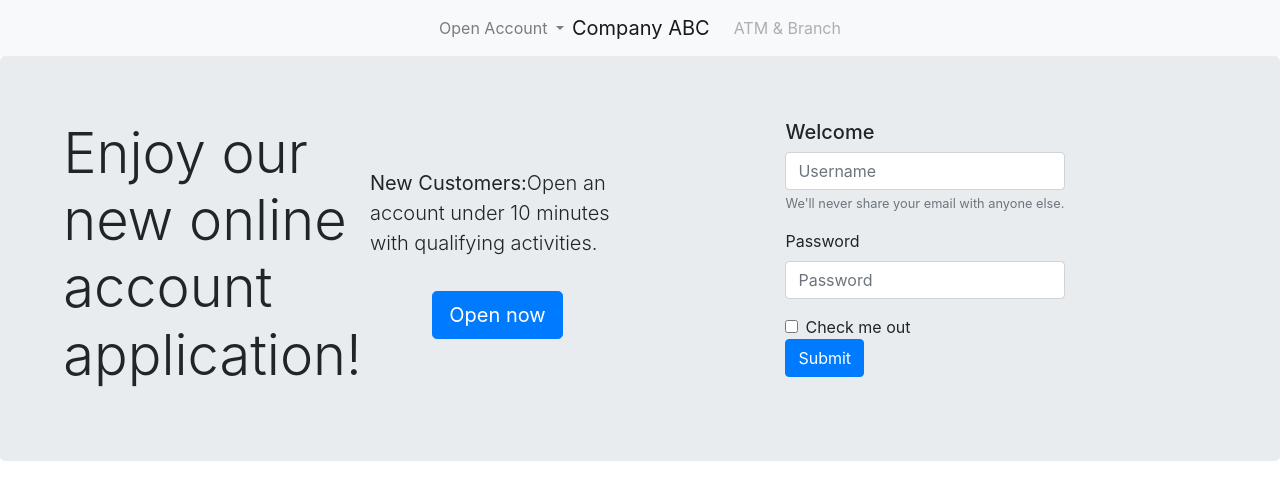
Repository: barriosan95/banking-opening-account-demo
Page: http://localhost/
The author's editor kept a record of every edit. The page is drawn from the files as they stood at one moment, then again after the next edit.
The browser window is 1280 px wide. The pictures show the whole page.
Some web fonts or font styles are not loaded; a fallback is used. Some web libraries are served in a nearby version. The page is served by the project's Node server (index.js).

Above is the page before.

### views/main.ejs
<% include ./partials/header %>

<div class="jumbotron">
    <div class = "container">
        <div class ="row">
            <div class ="col-md-3 d-flex flex-column align-items-center">
                <h4 class="display-4">Enjoy our new online account application!</h4>
            </div>
            <div class ="col-md-3 d-flex flex-column align-items-center">
                  <p class="lead mt-5"><b>New Customers:</b>Open an account under 10 minutes with qualifying activities.</p>
                    <hr class="my-2">
                    <p class="lead">
                        <a class="btn btn-primary btn-lg" href="#" role="button">Open now</a>
                    </p>
            </div>
            <div class ="col-md-6 d-flex flex-column align-items-center">
                <!--<div class ="container">-->
                    <form>
                      <div class="form-group">
                        <h5>Welcome</h5>
                        <input type="username" class="form-control" id="inputUsername" aria-describedby="usernameHelp" placeholder="Username">
                        <small id="emailHelp" class="form-text text-muted">We'll never share your email with anyone else.</small>
                      </div>
                      <div class="form-group">
                        <label for="exampleInputPassword1">Password</label>
                        <input type="password" class="form-control" id="exampleInputPassword1" placeholder="Password">
                      </div>
                      <div class="form-check">
                        <input type="checkbox" class="form-check-input" id="exampleCheck1">
                        <label class="form-check-label" for="exampleCheck1">Check me out</label>
                      </div>
                      <button type="submit" class="btn btn-primary">Submit</button>
                    </form>
                <!--</div>-->
            </div>
        </div>
    </div>
</div>


<% include ./partials/footer %>

### views/partials/header.ejs
<!DOCTYPE HTML!>
<html>

    <head>


        <!--CDN Bootstrap v4.1.3-->
        <link rel="stylesheet" href="https://stackpath.bootstrapcdn.com/bootstrap/4.1.3/css/bootstrap.min.css">
        <link rel="stylesheet" href="https://cdnjs.cloudflare.com/ajax/libs/font-awesome/4.7.0/css/font-awesome.min.css">

        <!--font -->
        <link href="https://fonts.googleapis.com/css?family=Muli:200,300,400,700,800" rel="stylesheet">

        <!--Will ensure proper responsivness on mobile devices-->
        <meta name="viewport" content="width=device-width, initial-scale=1, shrink-to-fit=no">

        <title> Banking OA Demo </title>

        <meta name="viewport" content="width=device-width, initial-scale=1, maximum-scale=1, user-scalable=no">

    </head>

    <body>

    <!--NAVBAR-->
        <nav class="navbar navbar-expand-lg navbar-light bg-light">
            <button class="navbar-toggler" type="button" data-toggle="collapse" data-target="#navbarNavDropdown" aria-controls="navbarNavDropdown" aria-expanded="false" aria-label="Toggle navigation">
                <span class="navbar-toggler-icon"></span>
            </button>

            <div class="collapse navbar-collapse" id="navbarNavDropdown">
                <ul class="navbar-nav mx-auto">
                    <li class="nav-item dropdown">
                        <a class="nav-link dropdown-toggle" href="#" id="navbarDropdown" role="button" data-toggle="dropdown">
                            Open Account
                        </a>
                        <div class="dropdown-menu" aria-labelledby="navbarDropdown">
                          <a class="dropdown-item" href="#">Checking Accounts</a>
                          <div class="dropdown-divider"></div>
                          <a class="dropdown-item" href="#">Savings Accounts </a>
                          <div class="dropdown-divider"></div>
                          <a class="dropdown-item" href="#">Money Market Accounts</a>
                          <div class="dropdown-divider"></div>
                          <a class="dropdown-item" href="#">CD and IRA's</a>

                        </div>
                    </li>
                    <a class="navbar-brand" href="/"> Company ABC </a>
                     <li class="nav-item">
                        <a class="nav-link disabled" href="#">ATM & Branch</a>
                     </li>
                </ul>
            </div>
        </nav>

### views/partials/footer.ejs

        <!--Bootstrap js scripts-->
        <script src="https://code.jquery.com/jquery-3.3.1.min.js" integrity="sha256-FgpCb/KJQlLNfOu91ta32o/NMZxltwRo8QtmkMRdAu8="crossorigin="anonymous"></script>
        <script src="https://cdnjs.cloudflare.com/ajax/libs/popper.js/1.12.9/umd/popper.min.js" integrity="sha384-ApNbgh9B+Y1QKtv3Rn7W3mgPxhU9K/ScQsAP7hUibX39j7fakFPskvXusvfa0b4Q" crossorigin="anonymous"></script>
        <script src="https://maxcdn.bootstrapcdn.com/bootstrap/4.0.0/js/bootstrap.min.js" integrity="sha384-JZR6Spejh4U02d8jOt6vLEHfe/JQGiRRSQQxSfFWpi1MquVdAyjUar5+76PVCmYl" crossorigin="anonymous"></script>
        <!--JS SCIPTs -->

        <script src="/js/forms.js"></script>
        <script src="https://cdn.jsdelivr.net/npm/jquerykeyframes@1.0.5/dist/jquery.keyframes.min.js"></script>

    </body>
</html>

### index.js
const express = require('express');


const mainRoutes = require('./routes/main');

//APP CONFIGURATIONS
var app = express();
    app.set('view engine','ejs');
    app.use(mainRoutes);





app.listen(process.env.PORT,process.env.IP,function(){
    console.log('Server established.');
});

### routes/main.js
const express = require('express');

const router = express.Router();

router.get("/", function(req,res){
    res.render('main');
});


module.exports = router;

Loaded but not shown: public/js/forms.js (no copy from this time; the picture is the same without it)

After the next edit:
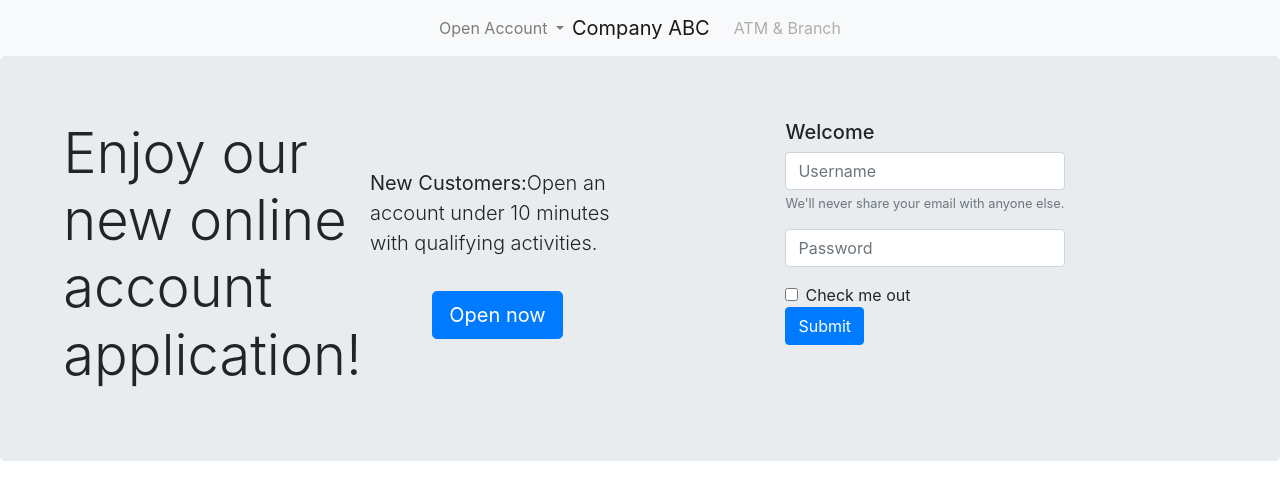
The edit:
--- a/views/main.ejs
+++ b/views/main.ejs
@@ -22,7 +22,6 @@
                         <small id="emailHelp" class="form-text text-muted">We'll never share your email with anyone else.</small>
                       </div>
                       <div class="form-group">
-                        <label for="exampleInputPassword1">Password</label>
                         <input type="password" class="form-control" id="exampleInputPassword1" placeholder="Password">
                       </div>
                       <div class="form-check">
